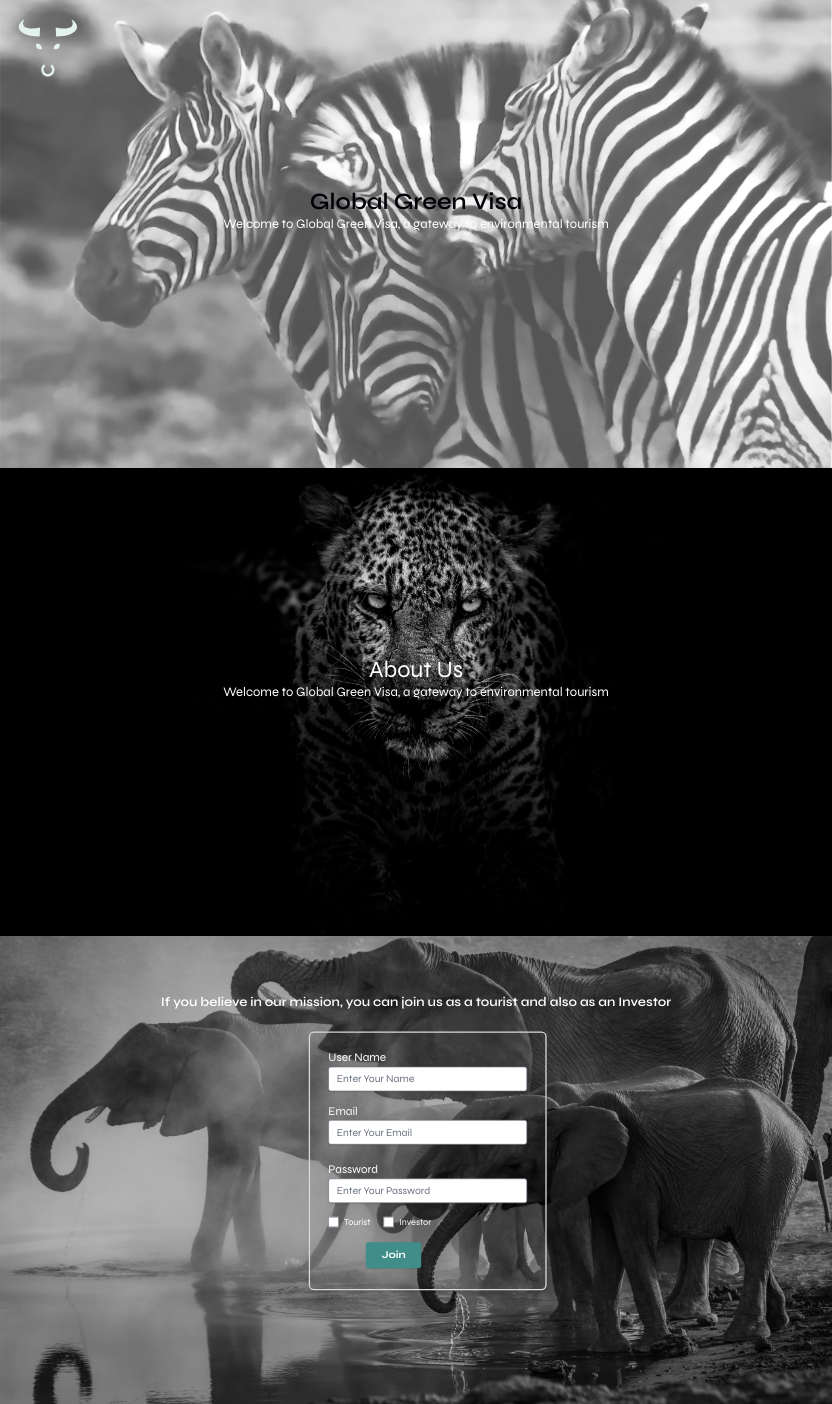
Repository: BrightonMboya/ggv-landingPage
Page: /
The author's editor kept a copy of each file at every save. The page is drawn from the files as they stood at one save, then again after the next save.
The browser window is 1280 px wide. The pictures show the whole page, at 65% of full size.
The project was rebuilt for these pictures with package versions that can differ from the ones it lists, and the page was loaded fresh each time. The framework's server and built-in components were replaced by stand-ins that run in the browser. Also part of the build but not shown: next.config.js.

Above is the page before, as saved 2022-06-14 14:39:28.

After the next save:
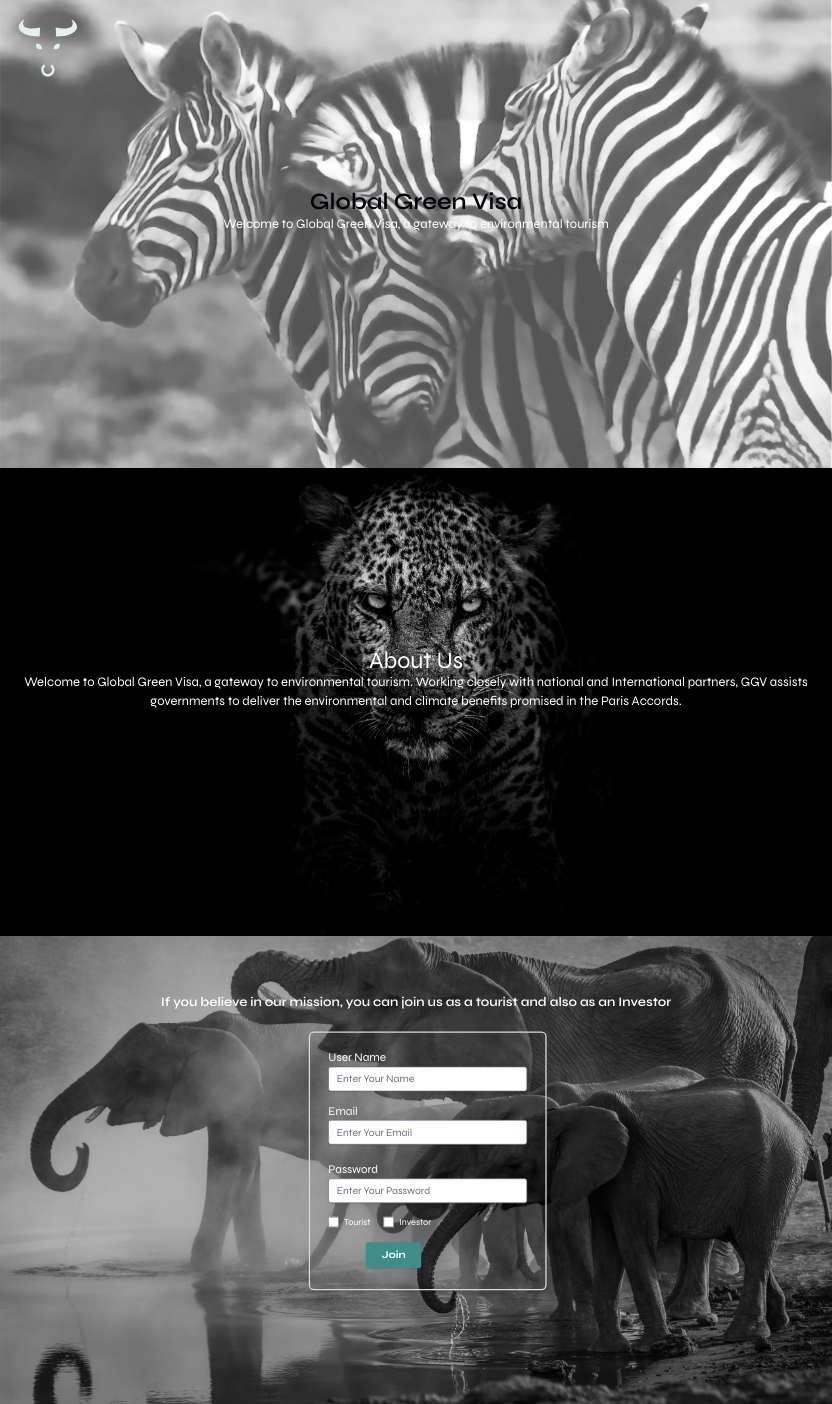
Saved 21 s later.
--- a/pages/AboutUs.js
+++ b/pages/AboutUs.js
@@ -30,7 +30,10 @@ const AboutUs = () => {
             About Us
           </h2>
           <p className="text-white lg:text-xl text-center text-md">
-            Welcome to Global Green Visa, a gateway to environmental tourism
+            Welcome to Global Green Visa, a gateway to environmental tourism.
+            Working closely with national and International partners, GGV
+            assists governments to deliver the environmental and climate
+            benefits promised in the Paris Accords.
           </p>
         </div>
       </div>
